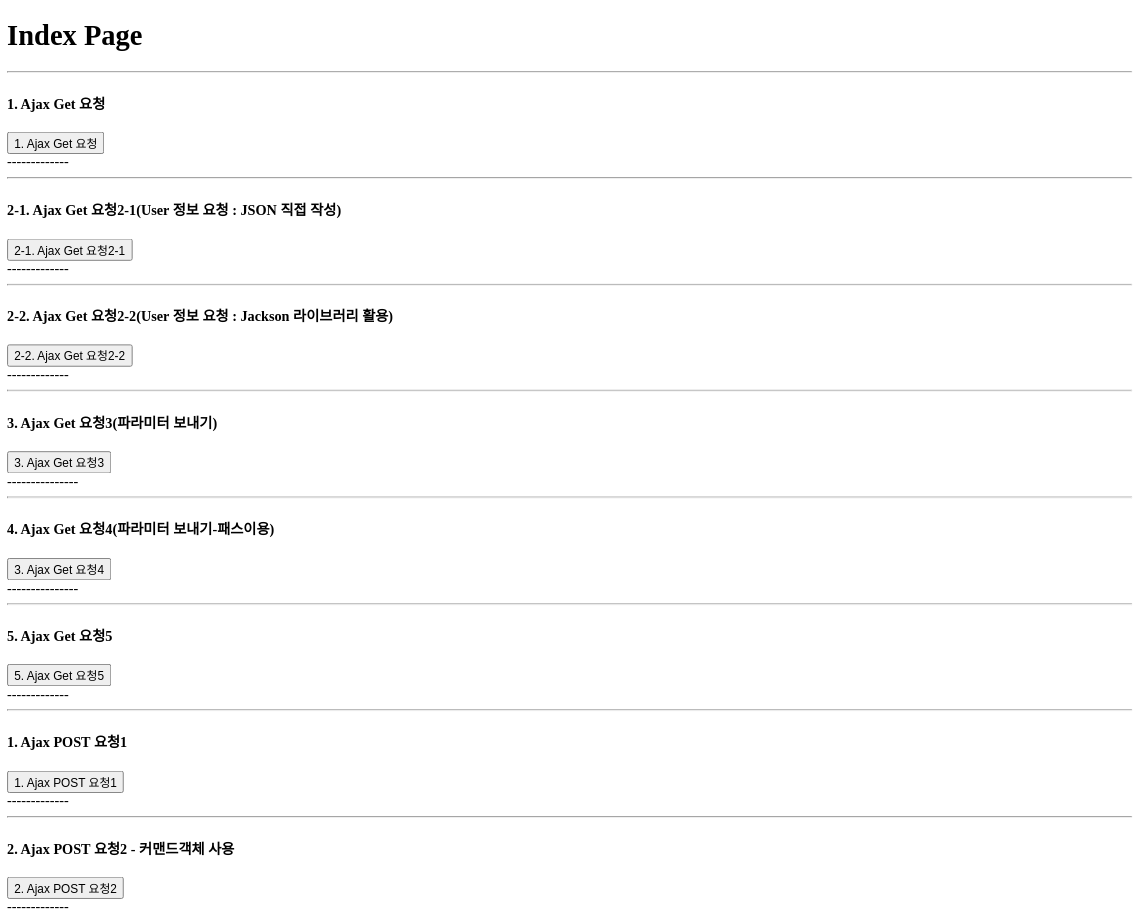
Repository: smallomg/bg-spring
Page: http://localhost/demo4/WEB-INF/views/index.jsp
An editor plug-in stored every save of this project. The page is shown before and after the next save, followed by the edit.
The browser window is 1280 px wide. The pictures show the whole page, at 89% of full size.
The page is served by Tomcat 9. Nobody is signed in. The template is opened directly, without the code that normally fills it, so the values that code supplies are empty.

Above is the page before, as saved 2025-05-07 07:10:40.

After the next save:
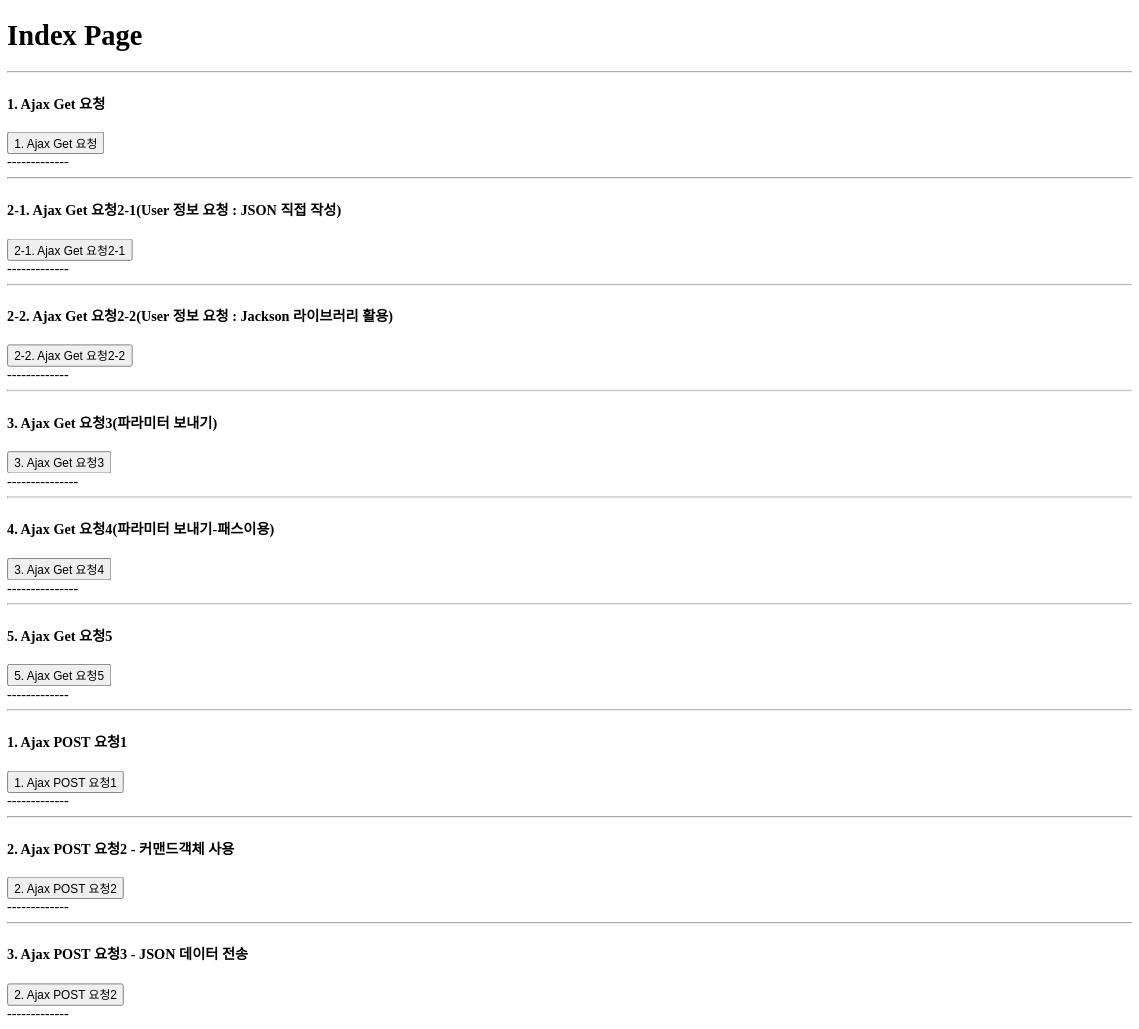
Saved 32 s later.
--- a/ldy_spring/demo4/src/main/webapp/WEB-INF/views/index.jsp
+++ b/ldy_spring/demo4/src/main/webapp/WEB-INF/views/index.jsp
@@ -39,6 +39,10 @@
 	<div id="demo6">-------------</div>
 	<hr>
 	<h4>2. Ajax POST 요청2 - 커맨드객체 사용</h4>
+	<button onclick="regData2()">2. Ajax POST 요청2</button>
+	<div id="demo7">-------------</div>
+	<hr>
+	<h4>3. Ajax POST 요청3 - JSON 데이터 전송</h4>
 	<button onclick="regData2()">2. Ajax POST 요청2</button>
 	<div id="demo7">-------------</div>
 
